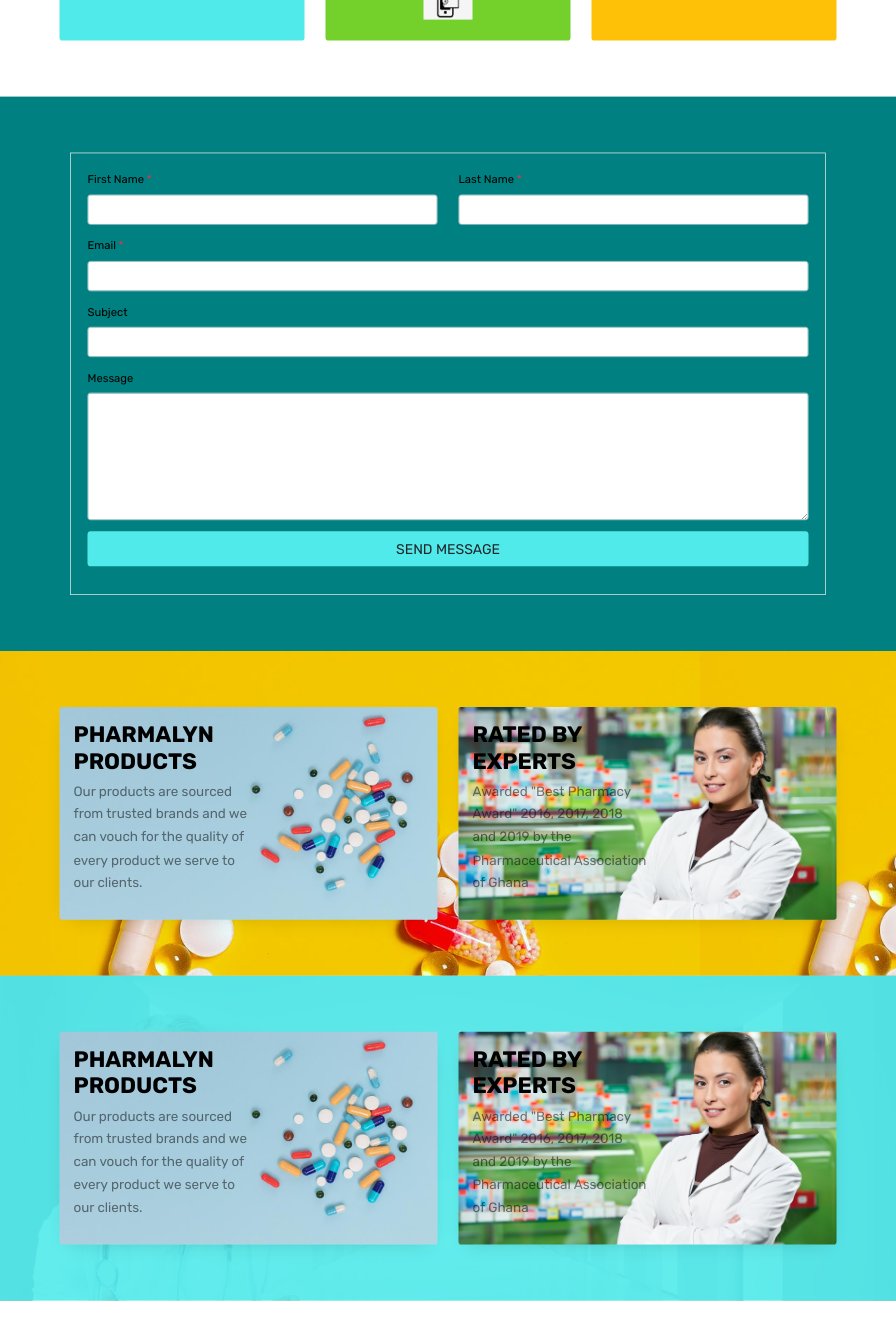
Repository: Nat-A/finalyearproject
Page: pharma/index - Copy.html
These files come from the project's save history. The page is drawn as it stood at one moment and after a run of saves; the edit follows.
The browser window is 1280 px wide. The pictures show the part of the page from y = 870 to 2770 px (the page is 3232 px tall), at 70% of full size.

Above is the page before, as saved 2020-06-03 13:37:36.

### pharma/index - Copy.html
<!DOCTYPE html>
<html lang="en">

<head>
    <title>PharmaLyn &mdash; HomePage</title>
    <meta charset="utf-8">
    <meta name="viewport" content="width=device-width, initial-scale=1, shrink-to-fit=no">

    <link href="https://fonts.googleapis.com/css?family=Rubik:400,700|Crimson+Text:400,400i" rel="stylesheet">
    <link rel="stylesheet" href="fonts/icomoon/style.css">

    <link rel="stylesheet" href="css/bootstrap.min.css">
    <link rel="stylesheet" href="css/magnific-popup.css">
    <link rel="stylesheet" href="css/jquery-ui.css">
    <link rel="stylesheet" href="css/owl.carousel.min.css">
    <link rel="stylesheet" href="css/owl.theme.default.min.css">


    <link rel="stylesheet" href="css/aos.css">

    <link rel="stylesheet" href="css/style.css">

</head>

<body>

    <div class="site-wrap">

        <!-- navbar  -->
        <div class="site-navbar py-2">

            <div class="search-wrap">
                <div class="container">
                    <a href="#" class="search-close js-search-close"><span class="icon-close2"></span></a>
                    <!-- search feature -->
                    <form action="#" method="post">
                        <input type="text" class="form-control" placeholder="Search drug...">
                    </form>
                </div>
            </div>

            <div class="container">
                <div class="d-flex align-items-center justify-content-between">
                    <div class="logo">
                        <div class="site-logo">
                            <a href="index.html" class="js-logo-clone">PharmaLyn</a>
                        </div>
                    </div>
                    <div class="main-nav d-none d-lg-block">
                        <nav class="site-navigation text-right text-md-center" role="navigation">
                            <ul class="site-menu js-clone-nav d-none d-lg-block">
                                <li class="active"><a href="index.html">Home</a></li>

                                <li class="has-children">
                                    <a href="#">Services</a>
                                    <ul class="dropdown">
                                        <li><a href="shop.html">Store</a></li>
                                        <li><a href="#">Scan Prescription</a></li>
                                        <li><a href="#">Request Video Chat</a></li>
                                    </ul>
                                </li>
                                <li><a href="contact.html">Contact</a></li>
                                <li><a href="about.html">About</a></li>
                                <li><a href="#">Log In / Sign Up  </a></li>
                                <!-- insert modal here -->
                            </ul>
                        </nav>
                    </div>
                    <div class="icons">
                        <a href="#" class="icons-btn d-inline-block js-search-open"><span class="icon-search"></span></a>
                        <a href="cart.html" class="icons-btn d-inline-block bag">
                            <span class="icon-shopping-bag"></span>
                            <!-- subject to the items in the cart -->
                            <span class="number">2</span>
                        </a>
                        <a href="#" class="site-menu-toggle js-menu-toggle ml-3 d-inline-block d-lg-none"><span
                class="icon-menu"></span></a>
                    </div>
                </div>
            </div>
        </div>
        <!-- end of navbar -->


        <!-- site banner -->
        <div class="site-blocks-cover" style="background-image: url('images/pills.jpg');">
            <div class="container">
                <div class="row">
                    <div class="col-lg-7 mx-auto order-lg-2 align-self-center">
                        <div class="site-block-cover-content text-center">
                            <h2 class="sub-title">PharmaLyn, We Care For You</h2>
                            <h1>Welcome To PharmaLyn</h1>
                            <p>
                                <a href="shop.html" class="btn btn-primary px-5 py-3">Shop Now</a>
                            </p>
                        </div>
                    </div>
                </div>
            </div>
        </div>
        <!-- end of banner -->

        <div class="site-section mb-0">
            <div class="container">
                <div class="row align-items-stretch section-overlap">
                    <div class="col-md-6 col-lg-4 mb-4 mb-lg-0">
                        <div class="banner-wrap bg-primary h-100">
                            <a class="h-100">
                                <h5 class="text-center">Place Order</h5>
                            </a>
                        </div>
                    </div>
                    <div class="col-md-6 col-lg-4 mb-4 mb-lg-0">
                        <div class="banner-wrap h-100">
                            <a class="h-100">
                                <h5 class="text-center">Select Payment Option</h5>
                                <img src="images/payment.png" alt="" width="70px" height="50px">
                            </a>
                        </div>
                    </div>
                    <div class="col-md-6 col-lg-4 mb-4 mb-lg-0">
                        <div class="banner-wrap bg-warning h-100">
                            <a class="h-100">
                                <h5 class="text-center">Free Delivery</h5>
                                <img src="images/delivery.gif" alt="" width="70px" height="50px">
                            </a>
                        </div>
                    </div>
                </div>
            </div>
        </div>
        <!-- creating another one -->



        <div class="site-section" style="background: teal;">
            <div class="container">
                <div class="col-md-12">

                    <form action="#" method="post">

                        <div class="p-3 p-lg-4 border">
                            <div class="form-group row">
                                <div class="col-md-6">
                                    <label for="c_fname" class="text-black">First Name <span class="text-danger">*</span></label>
                                    <input type="text" class="form-control" id="c_fname" name="c_fname">
                                </div>
                                <div class="col-md-6">
                                    <label for="c_lname" class="text-black">Last Name <span class="text-danger">*</span></label>
                                    <input type="text" class="form-control" id="c_lname" name="c_lname">
                                </div>
                            </div>
                            <div class="form-group row">
                                <div class="col-md-12">
                                    <label for="c_email" class="text-black">Email <span class="text-danger">*</span></label>
                                    <input type="email" class="form-control" id="c_email" name="c_email" placeholder="">
                                </div>
                            </div>
                            <div class="form-group row">
                                <div class="col-md-12">
                                    <label for="c_subject" class="text-black">Subject </label>
                                    <input type="text" class="form-control" id="c_subject" name="c_subject">
                                </div>
                            </div>

                            <div class="form-group row">
                                <div class="col-md-12">
                                    <label for="c_message" class="text-black">Message </label>
                                    <textarea name="c_message" id="c_message" cols="30" rows="7" class="form-control"></textarea>
                                </div>
                            </div>
                            <div class="form-group row">
                                <div class="col-lg-12">
                                    <input type="submit" class="btn btn-primary btn-lg btn-block" value="Send Message">
                                </div>
                            </div>
                        </div>
                    </form>
                </div>







            </div>
        </div>


        <!-- site ad -->
        <div class="site-section" style="background-image: url( 'images/bg.jpeg'); ">
            <div class="container ">
                <div class="row align-items-stretch ">
                    <div class="col-lg-6 mb-5 mb-lg-0 ">
                        <a class="banner-1 h-100 d-flex " style="background-image: url( 'images/bg_1.jpg'); ">
                            <div class="banner-1-inner align-self-center ">
                                <h2>PharmaLyn Products</h2>
                                <p>Our products are sourced from trusted brands and we can vouch for the quality of every product we serve to our clients.
                                </p>
                            </div>
                        </a>
                    </div>
                    <div class="col-lg-6 mb-5 mb-lg-0 ">
                        <a class="banner-1 h-100 d-flex " style="background-image: url( 'images/avatars/doctor4.jpg'); ">
                            <div class="banner-1-inner align-self-center ">
                                <h2>Rated by Experts</h2>
                                <p>Awarded "Best Pharmacy Award" 2016, 2017, 2018 and 2019 by the Pharmaceutical Association of Ghana
                                </p>
                            </div>
                        </a>
                    </div>
                </div>
            </div>
        </div>
        <!-- end of ad -->




        <!-- original site ad -->
        <div class="site-section bg-secondary bg-image " style="background-image: url( 'images/bg_2.jpg'); ">
            <div class="container ">
                <div class="row align-items-stretch ">
                    <div class="col-lg-6 mb-5 mb-lg-0 ">
                        <a class="banner-1 h-100 d-flex " style="background-image: url( 'images/bg_1.jpg'); ">
                            <div class="banner-1-inner align-self-center ">
                                <h2>PharmaLyn Products</h2>
                                <p>Our products are sourced from trusted brands and we can vouch for the quality of every product we serve to our clients.
                                </p>
                            </div>
                        </a>
                    </div>
                    <div class="col-lg-6 mb-5 mb-lg-0 ">
                        <a class="banner-1 h-100 d-flex " style="background-image: url( 'images/avatars/doctor4.jpg'); ">
                            <div class="banner-1-inner align-self-center ">
                                <h2>Rated by Experts</h2>
                                <p>Awarded "Best Pharmacy Award" 2016, 2017, 2018 and 2019 by the Pharmaceutical Association of Ghana
                                </p>
                            </div>
                        </a>
                    </div>
                </div>
            </div>
        </div>
        <!-- end of ad -->

        <!-- footer -->
        <footer class="site-footer ">
            <div class="container ">
                <div class="row ">
                    <div class="col-md-6 col-lg-3 mb-4 mb-lg-0 ">

                        <div class="block-7 ">
                            <h3 class="footer-heading mb-4 ">About Us</h3>
                            <p>Best Pharmacy In Ghana</p>
                        </div>

                    </div>
                    <div class="col-lg-3 mx-auto mb-5 mb-lg-0 ">
                        <h3 class="footer-heading mb-4 ">Quick Links</h3>
                        <ul class="list-unstyled ">
                            <li><a href="shop.html ">Store</a></li>
                            <li><a href="# ">Scan Prescription</a></li>
                            <li><a href="# ">Request Video Chat</a></li>
                        </ul>
                    </div>

                    <div class="col-md-6 col-lg-3 ">
                        <div class="block-5 mb-5 ">
                            <h3 class="footer-heading mb-4 ">Contact Info</h3>
                            <ul class="list-unstyled ">
                                <li class="address ">233 Avenue, Oxford Street, Osu, Accra. </li>
                                <li class="phone "><a href="tel:// ">+233 24 444 444</a></li>
                                <li class="email ">info@pharmalyn.shop</li>
                            </ul>
                        </div>
                    </div>
                </div>
                <div class="row pt-5 text-center ">
                    <div class="col-md-12 ">
                        <p>
                            Copyright &copy;
                            <script>
                                document.write(new Date().getFullYear());
                            </script> All rights reserved | PharmaLyn
                        </p>
                    </div>
                </div>
            </div>
        </footer>
        <!-- end of footer -->
    </div>

    <script src="js/jquery-3.3.1.min.js "></script>
    <script src="js/jquery-ui.js "></script>
    <script src="js/popper.min.js "></script>
    <script src="js/bootstrap.min.js "></script>
    <script src="js/owl.carousel.min.js "></script>
    <script src="js/jquery.magnific-popup.min.js "></script>
    <script src="js/aos.js "></script>

    <script src="js/main.js "></script>

</body>

</html>

Loaded but not shown: pharma/fonts/icomoon/style.css (common file); pharma/css/bootstrap.min.css (library); pharma/css/magnific-popup.css (library); pharma/css/jquery-ui.css (library); pharma/css/owl.carousel.min.css (common file); pharma/css/owl.theme.default.min.css (common file); pharma/css/aos.css (library); pharma/js/jquery-3.3.1.min.js (library); pharma/js/jquery-ui.js (library); pharma/js/popper.min.js (library); pharma/js/bootstrap.min.js (library); pharma/js/owl.carousel.min.js (library); pharma/js/jquery.magnific-popup.min.js (library); pharma/js/aos.js (library); pharma/js/main.js (219 lines, source omitted); pharma/css/style.css (1125 lines, source omitted)

After the next 2 saves:
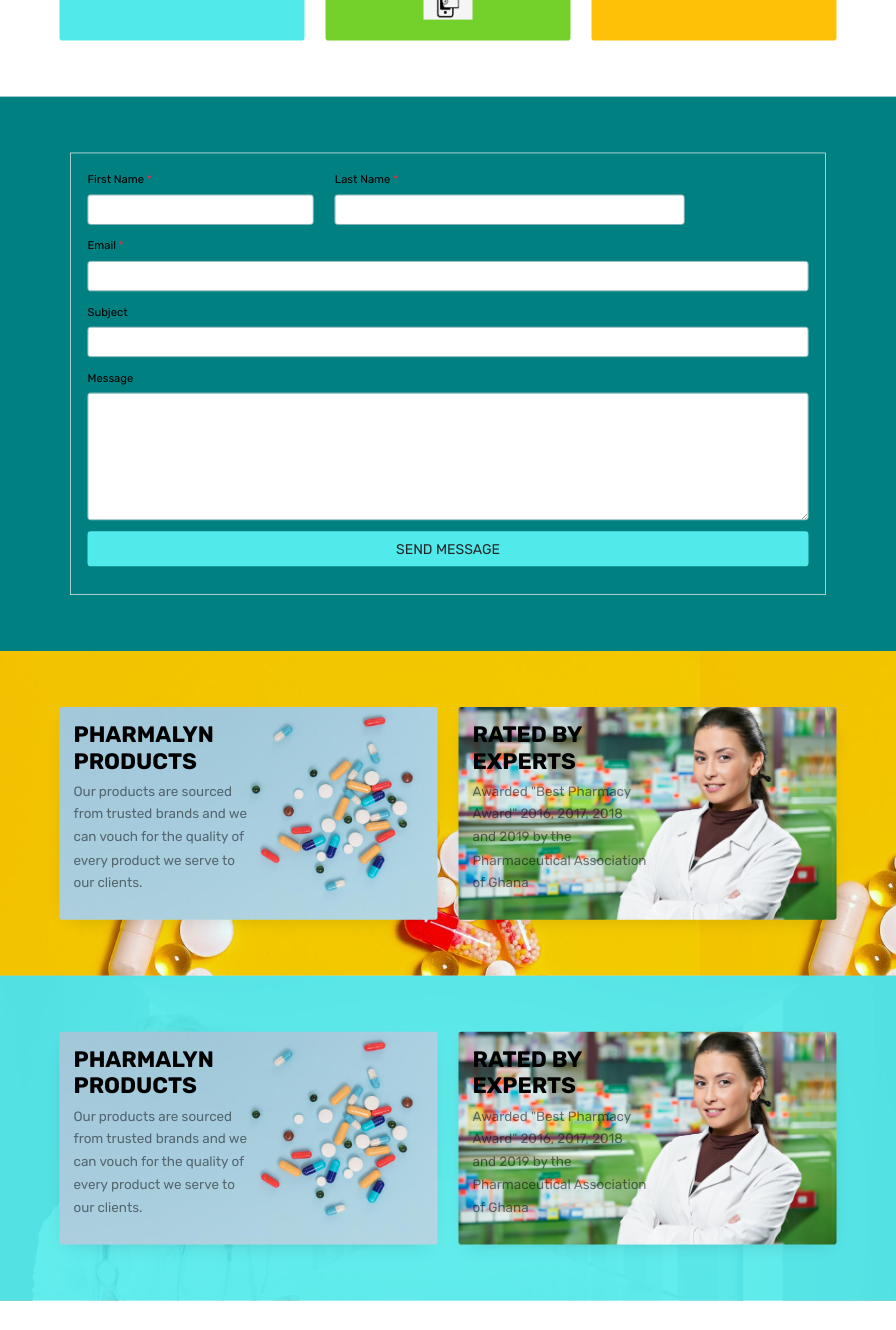
The 2 saves are shown as one change because they came seconds apart.
The last was saved 15 s later.
--- a/pharma/index - Copy.html
+++ b/pharma/index - Copy.html
@@ -141,7 +141,7 @@
 
                         <div class="p-3 p-lg-4 border">
                             <div class="form-group row">
-                                <div class="col-md-6">
+                                <div class="col-md-4">
                                     <label for="c_fname" class="text-black">First Name <span class="text-danger">*</span></label>
                                     <input type="text" class="form-control" id="c_fname" name="c_fname">
                                 </div>
